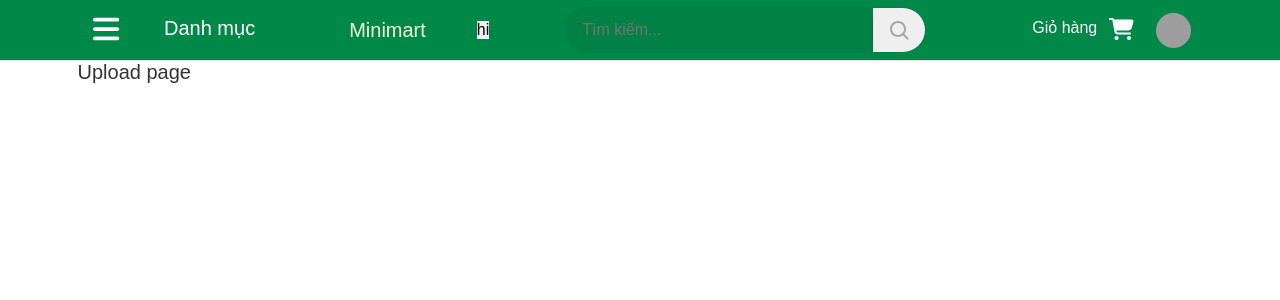
Repository: Duytan05/tiktok-ui
Page: /upload
The author's editor kept a copy of each file at every save. The page is drawn from the files as they stood at one save, then again after the next save.
The browser window is 1280 px wide. The pictures show the whole page.
Pictures or frames that could not be fetched are drawn as grey boxes. Some web fonts or font styles are not loaded; a fallback is used. The project was rebuilt for these pictures with package versions that can differ from the ones it lists, and the page was loaded fresh each time. Also part of the build but not shown: src/component/Button/Button.module.scss, src/component/Popper/Popper.module.scss, src/component/Popper/Menu/Menu.module.scss, src/component/Popper/Menu/Header.js, src/component/AccountItem/AccountItem.module.scss, src/component/AccountItem/index.js, src/component/Layout/components/Cart/CartItem.js, src/component/Layout/components/Container/Container.module.scss and 16 more.

Above is the page before, as saved 2023-05-23 14:24:15.

### public/index.html
<!DOCTYPE html>

<html lang="en">
    <head>
        <link rel="stylesheet" href="https://cdn.jsdelivr.net/npm/bootstrap@5.3.0-alpha1/dist/css/bootstrap.min.css" />
        <meta charset="utf-8" />
        <link rel="icon" href="%PUBLIC_URL%/favicon.ico" />
        <meta name="viewport" content="width=device-width, initial-scale=1" />
        <meta name="theme-color" content="#000000" />
        <meta name="description" content="Web site created using create-react-app" />
        <link rel="apple-touch-icon" href="%PUBLIC_URL%/logo192.png" />

        <!--
      manifest.json provides metadata used when your web app is installed on a
      user's mobile device or desktop. See https://developers.google.com/web/fundamentals/web-app-manifest/
    -->
        <link rel="manifest" href="%PUBLIC_URL%/manifest.json" />

        <!--
      Notice the use of %PUBLIC_URL% in the tags above.
      It will be replaced with the URL of the `public` folder during the build.
      Only files inside the `public` folder can be referenced from the HTML.

      Unlike "/favicon.ico" or "favicon.ico", "%PUBLIC_URL%/favicon.ico" will
      work correctly both with client-side routing and a non-root public URL.
      Learn how to configure a non-root public URL by running `npm run build`.
    -->
        <title>React App</title>
    </head>

    <body>
        <script
            src="https://cdn.jsdelivr.net/npm/bootstrap@5.3.0-alpha1/dist/js/bootstrap.bundle.min.js"
            integrity="sha384-w76AqPfDkMBDXo30jS1Sgez6pr3x5MlQ1ZAGC+nuZB+EYdgRZgiwxhTBTkF7CXvN"
            crossorigin="anonymous"
        ></script>
        <noscript>You need to enable JavaScript to run this app.</noscript>
        <div id="root"></div>
        <!--
      This HTML file is a template.
      If you open it directly in the browser, you will see an empty page.

      You can add webfonts, meta tags, or analytics to this file.
      The build step will place the bundled scripts into the <body> tag.

      To begin the development, run `npm start` or `yarn start`.
      To create a production bundle, use `npm run build` or `yarn build`.
    --></body>
</html>

### src/index.js
import React from 'react';

import ReactDOM from 'react-dom/client';
import App from '~/App';
import reportWebVitals from './reportWebVitals';
import GlobalStyle from '~/component/GlobalStyles';
const root = ReactDOM.createRoot(document.getElementById('root'));
root.render(
    <React.StrictMode>
        <GlobalStyle>
            <App />
        </GlobalStyle>
    </React.StrictMode>,
);

// If you want to start measuring performance in your app, pass a function
// to log results (for example: reportWebVitals(console.log))
// or send to an analytics endpoint. Learn more: https://bit.ly/CRA-vitals
reportWebVitals();

### src/App.js
import { Fragment } from 'react';
import { BrowserRouter as Router, Routes, Route } from 'react-router-dom';
import { publicRoutes } from '~/routers';
import { DefaultLayout } from './component/Layout';
import '../node_modules/bootstrap/dist/css/bootstrap.min.css';
import { CartProvider } from 'react-use-cart';
function App() {
    return (
        <CartProvider>
            <Router>
                <div className="App">
                    <Routes>
                        {publicRoutes.map((route, index) => {
                            const Page = route.component;
                            let Layout = DefaultLayout;
                            if (route.layout) {
                                Layout = route.layout;
                            } else if (route.layout === null) {
                                Layout = Fragment;
                            }
                            return (
                                <Route
                                    key={index}
                                    path={route.path}
                                    element={
                                        <Layout>
                                            <Page />
                                        </Layout>
                                    }
                                />
                            );
                        })}
                    </Routes>
                </div>
            </Router>
        </CartProvider>
    );
}
export default App;

### src/component/GlobalStyles/index.js
import './GlobalStyles.scss';
function GlobalStyle({ children }) {
    return children;
}
export default GlobalStyle;

### src/routers/index.js
//layouts
import { HeaderOnly } from '~/component/Layout';

//pages
import Home from '~/pages/Home';
import Following from '~/pages/Following';
import Profile from '~/pages/Profile';
import Upload from '~/pages/Upload';
import Search from '~/pages/Search';
import Cart from '~/pages/Cart/Cart';

//Public routes
const publicRoutes = [
    { path: '/', component: Home },
    { path: '/folowing', component: Following },
    { path: '/@:nickname', component: Profile },
    { path: '/cart', component: Cart },
    { path: '/upload', component: Upload, layout: HeaderOnly },
    { path: '/search', component: Search, layout: null },
];

const priviteRoutes = [];

export { priviteRoutes, publicRoutes };

### src/component/GlobalStyles/GlobalStyles.scss
@import 'normalize.css';

:root {
    --primary: #fe2c55;
    --black: #000;
    --text-color: #333;
    --white: #fff;
    //Default layout
    --default-layout-header-height: 60px;
    --default-layout-width: 1150px;
    --default-layout-horizontal-spacer: 24px;
}
* {
    margin: 0;
    padding: 0;
    box-sizing: border-box;
}
html {
    font-size: 62.5%;
}
body {
    font-family: 'ProximaNova', sans-serif;
    font-size: 1.6rem;
    line-height: 1.5;
    text-rendering: optimizeSpeed;
    color: var(--text-color);
}
button,
input,
[tabindex] {
    outline: none;
    border: none;
}
a[href] {
    color: var(--text-color);
    text-decoration: none;
}
//Fonst embeded
@font-face {
    font-family: ProximaNova;
    src: url('/assets/fonts/Proxima-Nova-Regular.woff2');
    font-weight: 400;
}
@font-face {
    font-family: ProximaNova;
    src: url('/assets/fonts/Proxima-Nova-Semibold.woff2');
    font-weight: 600;
}
@font-face {
    font-family: ProximaNova;
    src: url('/assets/fonts/Proxima-Nova-Bold.woff');
    font-weight: 700;
}
@font-face {
    font-family: SofiaPro;
    src: url('/assets/fonts/sofiapro-bold.woff2');
    font-weight: 700;
}

//custom tippy tooltip
body {
    .tippy-box {
        border-radius: 8px;
        font-weight: 600;
        font-size: 1.6rem;
        line-height: 2.2rem;
        background-color: rgba(84, 84, 84, 0.92);
    }
    .tippy-content {
        padding: 8px 9px;
    }
    .tippy-arrow {
        color: rgba(84, 84, 84, 0.92);
    }
    .tippy-box[data-placement^='bottom'] > .tippy-arrow:before {
        top: -8px;
    }
}

### src/pages/Upload/index.js
function Upload() {
    return <h2>Upload page </h2>;
}
export default Upload;

### src/component/Layout/HeaderOnly/index.js
import Header from '~/component/Layout/components/Header';

function HeaderOnly({ children }) {
    return (
        <div>
            <Header />
            <div className="container">
                <div className="content">{children}</div>
            </div>
        </div>
    );
}

export default HeaderOnly;

### src/component/Button/index.js
import classNames from 'classnames/bind';
import { Link } from 'react-router-dom';
import styles from './Button.module.scss';

const cx = classNames.bind(styles);

function Button({
    to,
    href,
    primary = false,
    outline = false,
    text = false,
    disabled,
    rounded = false,
    small = false,
    large = false,
    children,
    className,
    leftIcon,
    rightIcon,
    onClick,
    ...passProps
}) {
    let Comp = 'button';

    const props = {
        onClick,
        ...passProps,
    };
    //remove event listener when btn is disabled
    if (disabled) {
        Object.keys(props).forEach((key) => {
            if (key.startsWith('on') && typeof props[key] === 'function') {
                delete props[key];
            }
        });
    }
    if (to) {
        props.to = to;
        Comp = Link;
    } else if (href) {
        props.href = href;
        Comp = 'a';
    }
    const classes = cx('wrapper', {
        [className]: className,
        primary,
        outline,
        text,
        rounded,
        small,
        disabled,
        large,
    });
    return (
        <Comp className={classes} {...props}>
            {leftIcon && <span className={cx('icon')}>{leftIcon}</span>}
            <span className={cx('title')}>{children}</span>
            {rightIcon && <span className={cx('icon')}>{rightIcon}</span>}
        </Comp>
    );
}

export default Button;

### src/component/Layout/components/Header/Header.module.scss
.wrapper {
    --search-border-radius: 92px;
    --search-height: 46px;
    --search-top-spacer: 9px;
    --search-buttom-width: 52px;
    width: 100%;
    height: var(--default-layout-header-height, 60px);
    box-shadow: 0px 1px 1px rgb(0 0 0/ 12%);
    display: flex;
    justify-content: center;
    background-color: #008848;
}

.inner {
    height: 100%;
    width: var(--default-layout-width);
    padding: 0 var(--default-layout-horizontal-spacer);
    display: flex;
    align-items: center;
    justify-content: space-between;
}

.custom-login {
    color: red;
}
//actions
.actions {
    display: flex;
    align-items: center;
}
.more-btn {
    font-size: 2rem;
    margin-left: 28px;
    padding: 4px 8px;
    background-color: transparent;
    cursor: pointer;
}
.action-btn {
    font-size: 2.2rem;
    color: white;
    background-color: transparent;
    padding: 4px 12px;
    cursor: pointer;
}
.user-avatar {
    width: 35px;
    height: 35px;
    object-fit: cover;
    border-radius: 50%;
    margin-left: 10px;
    cursor: pointer;
}
.category {
    width: 45px;
    height: 45px;
    font-size: 30px;
    align-items: center;
    color: white;
    margin-left: 4px;
    cursor: pointer;
}
.font {
    margin-right: 40px;
    font-size: 16px;
    color: white;
}
.logo {
    font-size: 20px;
    margin-left: 28px;
    color: beige;
    // margin-right: 60px;
}
.map {
    margin-left: 25px;
    margin-right: 50px;
}
.cart {
    font-size: 16px;
    color: white;
    background-color: transparent;
    margin-left: 80px;
}

### src/assets/images/index.js
const images = {
    logo: require('~/assets/images/logo.webp').default,
    noImage: require('~/assets/images/no-image.png'),
};

export default images;

### src/component/Popper/Menu/index.js
import classNames from 'classnames/bind';
import Tippy from '@tippyjs/react/headless';

import { Wrapper as PopperWrapper } from '~/component/Popper';
import styles from './Menu.module.scss';
// import Header from './Header';
import MenuItem from './MenuItem';
import { useState } from 'react';
import Header from './Header';

const cx = classNames.bind(styles);

const defaultfn = () => {};

function Menu({ children, items = [], onChange = defaultfn }) {
    const [history, setHistory] = useState([{ data: items }]);
    const current = history[history.length - 1];

    const renderItems = () => {
        return current.data.map((item, index) => {
            const isParent = !!item.children;
            return (
                <MenuItem
                    key={index}
                    data={item}
                    onClick={() => {
                        if (isParent) {
                            setHistory((prev) => [...prev, item.children]);
                        } else {
                            onChange(item);
                        }
                    }}
                />
            );
        });
    };
    return (
        <Tippy
            interactive
            placement="bottom-start"
            delay={[0, 5000]}
            offset={[0, 0]}
            render={(attrs) => (
                <div className={cx('menu-list')} tabIndex="-1" {...attrs}>
                    <PopperWrapper className={cx('menu-popper')}>
                        {history.length > 1 && (
                            <Header
                                title="Types"
                                onBack={() => {
                                    setHistory((prev) => prev.slice(0, prev.length - 1));
                                }}
                            />
                        )}

                        {renderItems()}
                    </PopperWrapper>
                </div>
            )}
            // set lại giá trị như ban đầu
            onHide={() => setHistory((prev) => prev.slice(0, 1))}
        >
            {children}
        </Tippy>
    );
}

export default Menu;

### src/component/icons/index.js
export const MessengerIcon = (className, width = '2.8rem', height = '2.8rem') => (
    <svg
        class={className}
        width={width}
        data-e2e=""
        height={height}
        viewBox="0 0 48 48"
        fill="currentColor"
        xmlns="http://www.w3.org/2000/svg"
    >
        <path
            fill-rule="evenodd"
            clip-rule="evenodd"
            d="M2.17877 7.17357C2.50304 6.45894 3.21528 6 4.00003 6H44C44.713 6 45.372 6.37952 45.7299 6.99615C46.0877 7.61278 46.0902 8.37327 45.7365 8.99228L25.7365 43.9923C25.3423 44.6821 24.5772 45.0732 23.7872 44.9886C22.9972 44.9041 22.3321 44.3599 22.0929 43.6023L16.219 25.0017L2.49488 9.31701C1.97811 8.72642 1.85449 7.88819 2.17877 7.17357ZM20.377 24.8856L24.531 38.0397L40.5537 10H8.40757L18.3918 21.4106L30.1002 14.2054C30.5705 13.9159 31.1865 14.0626 31.4759 14.533L32.5241 16.2363C32.8136 16.7066 32.6669 17.3226 32.1966 17.612L20.377 24.8856Z"
        ></path>
    </svg>
);

export const InboxIcon = (className, width = '3.2rem', height = '3.2rem') => (
    <svg
        class={className}
        width={width}
        data-e2e=""
        height={height}
        viewBox="0 0 32 32"
        fill="currentColor"
        xmlns="http://www.w3.org/2000/svg"
    >
        <path
            fill-rule="evenodd"
            clip-rule="evenodd"
            d="M24.0362 21.3333H18.5243L15.9983 24.4208L13.4721 21.3333H7.96047L7.99557 8H24.0009L24.0362 21.3333ZM24.3705 23.3333H19.4721L17.2883 26.0026C16.6215 26.8176 15.3753 26.8176 14.7084 26.0026L12.5243 23.3333H7.62626C6.70407 23.3333 5.95717 22.5845 5.9596 21.6623L5.99646 7.66228C5.99887 6.74352 6.74435 6 7.66312 6H24.3333C25.2521 6 25.9975 6.7435 26 7.66224L26.0371 21.6622C26.0396 22.5844 25.2927 23.3333 24.3705 23.3333ZM12.6647 14C12.2965 14 11.998 14.2985 11.998 14.6667V15.3333C11.998 15.7015 12.2965 16 12.6647 16H19.3313C19.6995 16 19.998 15.7015 19.998 15.3333V14.6667C19.998 14.2985 19.6995 14 19.3313 14H12.6647Z"
        ></path>
    </svg>
);
export const SearchIcon = (className, width = '2.4rem', height = '2.4rem') => (
    <svg
        className={className}
        width={width}
        data-e2e=""
        height={height}
        viewBox="0 0 48 48"
        fill="currentColor"
        xmlns="http://www.w3.org/2000/svg"
    >
        <path
            fill-rule="evenodd"
            clip-rule="evenodd"
            d="M22 10C15.3726 10 10 15.3726 10 22C10 28.6274 15.3726 34 22 34C28.6274 34 34 28.6274 34 22C34 15.3726 28.6274 10 22 10ZM6 22C6 13.1634 13.1634 6 22 6C30.8366 6 38 13.1634 38 22C38 25.6974 36.7458 29.1019 34.6397 31.8113L43.3809 40.5565C43.7712 40.947 43.7712 41.5801 43.3807 41.9705L41.9665 43.3847C41.5759 43.7753 40.9426 43.7752 40.5521 43.3846L31.8113 34.6397C29.1019 36.7458 25.6974 38 22 38C13.1634 38 6 30.8366 6 22Z"
        ></path>
    </svg>
);

### src/component/Images/index.js
import classNames from 'classnames';
import { forwardRef, useState } from 'react';
import images from '~/assets/images';
import Styles from './Image.module.scss';
const Image = forwardRef(({ src, alt, className, fallback: customFallback = images.noImage, ...props }, ref) => {
    const [fallback, setFallback] = useState('');

    const handleError = () => {
        setFallback(images.noImage);
    };
    return (
        <img
            className={classNames(Styles.wrapper, className)}
            ref={ref}
            src={fallback || src}
            alt={alt}
            {...props}
            onError={handleError}
        />
    );
});

export default Image;

### src/component/Layout/components/Search/index.js
import { useEffect, useRef, useState } from 'react';

import HeadlessTippy from '@tippyjs/react/headless';
import { FontAwesomeIcon } from '@fortawesome/react-fontawesome';
import { faCircleXmark, faSpinner } from '@fortawesome/free-solid-svg-icons';
import classNames from 'classnames/bind';

import * as request from '~/utills/request';
import { Wrapper as PopperWrapper } from '~/component/Popper';
import { SearchIcon } from '~/component/icons';
import AccountItem from '~/component/AccountItem';
import { useDebounce } from '~/hooks';
import styles from './Search.module.scss';
const cx = classNames.bind(styles);
function Search() {
    const [searchValue, setSearchValue] = useState('');
    const [searchResult, setSearchResult] = useState([]);
    const [showResult, setShowResult] = useState(true);
    const [loading, setLoading] = useState(false);
    const inputRef = useRef();

    const debounced = useDebounce(searchValue, 500);
    useEffect(() => {
        if (!debounced.trim()) {
            setSearchResult([]);
            return;
        }
        setLoading(true);

        const fetchApi = async () => {};
        fetchApi();
        request
            .get(`users/search`, {
                params: {
                    q: debounced,
                    type: 'less',
                },
            })
            // .then((res) => res.json())
            .then((res) => {
                setSearchResult(res.data.data);
                setLoading(false);
            })
            .catch(() => {
                setLoading(false);
            });
    }, [debounced]);
    const handleClear = () => {
        setSearchValue('');
        setSearchResult([]);
        inputRef.current.focus();
    };
    const handleResult = () => {
        setShowResult(false);
    };
    return (
        <HeadlessTippy
            interactive
            // kết quả tìm kiếm lớn hơn 0 mới hiện kết quả
            visible={showResult && searchResult.length > 0}
            render={(attrs) => (
                <div className={cx('search-result')} tabIndex="-1" {...attrs}>
                    <PopperWrapper>
                        <h4 className={cx('search-title')}>Account</h4>
                        {searchResult.map((result) => (
                            <AccountItem key={result.id} data={result} />
                        ))}
                    </PopperWrapper>
                </div>
            )}
            onClickOutside={handleResult}
        >
            <div className={cx('search')}>
                <input
                    ref={inputRef}
                    value={searchValue}
                    placeholder="Tìm kiếm..."
                    spellCheck={false}
                    onChange={(e) => setSearchValue(e.target.value)}
                    onFocus={() => setShowResult(true)}
                />
                {!!searchValue && !loading && (
                    <button className={cx('clear')} onClick={handleClear}>
                        <FontAwesomeIcon icon={faCircleXmark} />
                    </button>
                )}
                {loading && <FontAwesomeIcon className={cx('loading')} icon={faSpinner} />}

                <button className={cx('search-btn')}>
                    <SearchIcon />
                </button>
            </div>
        </HeadlessTippy>
    );
}

export default Search;

### src/component/Popper/Menu/MenuItem.js
import classNames from 'classnames/bind';
import Button from '~/component/Button';
import styles from './Menu.module.scss';

const cx = classNames.bind(styles);

function MenuItem({ data, onClick }) {
    const classes = cx('menu-item', {
        separate: data.separate,
    });
    return (
        <Button className={classes} leftIcon={data.icon} to={data.to} onClick={onClick}>
            {' '}
            {data.title}
        </Button>
    );
}
export default MenuItem;

### src/utills/request.js
import axios from 'axios';

const request = axios.create({
    baseURL: 'https://tiktok.fullstack.edu.vn/api/',
});

export const get = async (path, options = {}) => {
    const response = await request.get();
    return response.data;
};
export default request;

### src/component/Layout/components/Search/Search.module.scss
.search,
.search-result {
    width: 361px;
}
.search {
    position: relative;
    height: var(--search-height);
    padding-left: 16px;
    display: flex;
    background-color: rgb(22, 25, 35, 0.06);
    // cho hình nó cong , tròn lại xíu hhaa
    border-radius: var(--search-border-radius);
    border: 1.5px solid transparent;

    input {
        flex: 1;
        height: 100%;
        color: var(--black);
        font-size: 1.6rem;
        // màu con nháy chuột
        caret-color: var(--primary);
        background-color: transparent;
    }
    input:not(:placeholder-shown) ~ .search-btn {
        color: rgba(22, 24, 35, 0.75);
    }
    &::after {
        content: '';
        position: absolute;
        top: var(--search-top-spacer);
        right: var(--search-buttom-width);
        height: calc(var(--search-height) - var(--search-top-spacer) * 2);
        width: 1px;
        background-color: rgba(22, 24, 35, 0.12);
    }
    &:focus-within {
        border-color: rgba(22, 24, 35, 0.2);
    }
}
.search-title {
    padding: 5px 12px;
    font-size: 1.4rem;
    font-weight: 600;
    color: rgba(22, 24, 35, 0.5);
}
.clear,
.loading {
    position: absolute;
    //căn giữa
    right: calc(var(--search-buttom-width) + 16px);
    top: 50%;
    transform: translateY(-50%);
    color: rgba(22, 24, 35, 0.34);
}
.loading {
    animation: spinner 2s linear infinite;
}

@keyframes spinner {
    from {
        transform: translateY(-50%) rotate(0);
    }
    to {
        transform: translateY(-50%) rotate(360deg);
    }
}
.search-btn {
    width: var(--search-buttom-width);
    height: 100%;
    border-top-right-radius: var(--search-border-radius);
    border-bottom-right-radius: var(--search-border-radius);
    font-size: 1.8rem;
    color: rgba(22, 24, 35, 0.34);
    &:hover {
        cursor: pointer;
        background-color: rgba(22, 24, 35, 0.03);
    }
    &:active {
        background-color: rgba(22, 24, 35, 0.06);
    }
}

### src/component/Popper/Wrapper.js
import classNames from 'classnames/bind';
import styles from './Popper.module.scss';

const cx = classNames.bind(styles);
function Wrapper({ children, className }) {
    return <div className={cx('wrapper', className)}>{children}</div>;
}

export default Wrapper;

### src/hooks/useDebounce.js
import { useState, useEffect } from 'react';

function useDebounce(value, delay) {
    const [debounceValue, setDebounceValue] = useState(value);

    useEffect(() => {
        const handler = setTimeout(() => setDebounceValue(value), delay);

        return () => clearTimeout(handler);
    }, [value]);

    return debounceValue;
}
export default useDebounce;

Loaded but not shown: src/reportWebVitals.js (common file); src/component/Layout/index.js (common file); src/component/Popper/index.js (common file); src/component/Images/Image.module.scss (common file); src/hooks/index.js (common file); src/component/Layout/components/Header/index.js (262 lines, source omitted); src/component/Layout/components/Itemcart/itemcart.module.scss (no stored copy; drawn as an empty file)

After the next save:
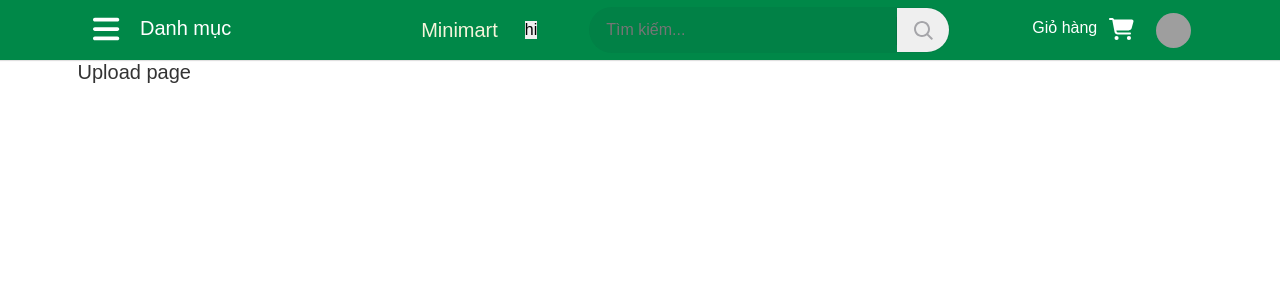
Saved 27 s later.
--- a/src/component/Layout/components/Header/Header.module.scss
+++ b/src/component/Layout/components/Header/Header.module.scss
@@ -60,7 +60,7 @@
     cursor: pointer;
 }
 .font {
-    margin-right: 40px;
+    margin-right: 160px;
     font-size: 16px;
     color: white;
 }
